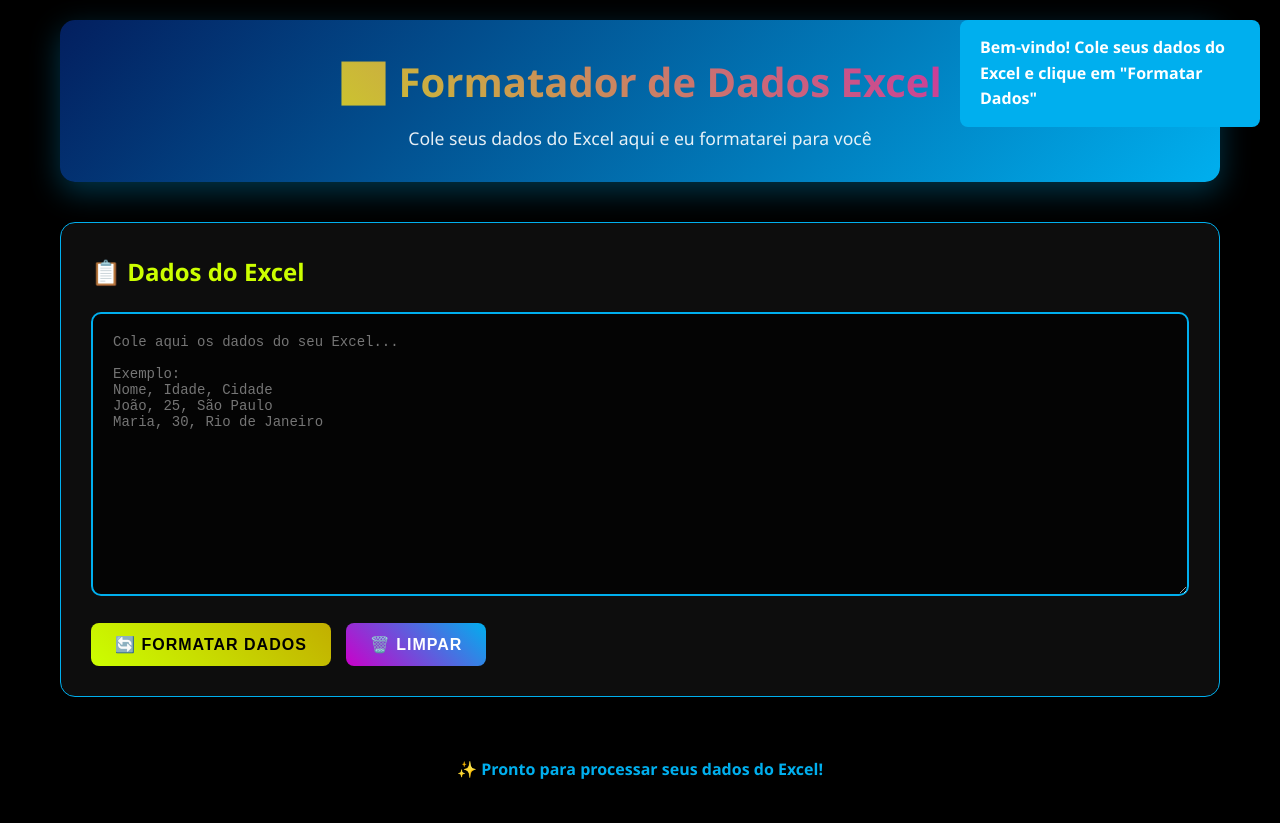
Repository: MichelAlmeida1990/Filtragem-de-Leads
Page: public/index.html
An editor plug-in stored every save of this project. The page is shown before and after the next save, followed by the edit.
The browser window is 1280 px wide. The pictures show the whole page.

Above is the page before, as saved 2025-08-25 22:04:35.

### public/index.html
<!DOCTYPE html>
<html lang="pt-BR">
<head>
    <meta charset="UTF-8">
    <meta name="viewport" content="width=device-width, initial-scale=1.0">
    <title>Formatador de Dados Excel</title>
    <link rel="stylesheet" href="styles.css">
</head>
<body>
    <div class="container">
        <header>
            <h1>📊 Formatador de Dados Excel</h1>
            <p>Cole seus dados do Excel aqui e eu formatarei para você</p>
        </header>

        <main>
            <div class="input-section">
                <h2>📋 Dados do Excel</h2>
                <textarea
                    id="excelData"
                    placeholder="Cole aqui os dados do seu Excel...&#10;&#10;Exemplo:&#10;Nome, Idade, Cidade&#10;João, 25, São Paulo&#10;Maria, 30, Rio de Janeiro"
                    rows="15"
                ></textarea>

                <div class="button-group">
                    <button id="formatBtn" class="btn-primary">
                        🔄 Formatar Dados
                    </button>
                    <button id="clearBtn" class="btn-secondary">
                        🗑️ Limpar
                    </button>
                </div>
            </div>

            <div class="output-section" id="outputSection" style="display: none;">
                <h2>✅ Dados Formatados</h2>
                <div class="output-container">
                    <div class="output-tabs">
                        <button class="tab-btn active" data-tab="formatted">Formatado</button>
                        <button class="tab-btn" data-tab="original">Original</button>
                    </div>
                    <div class="tab-content">
                        <div id="formattedContent" class="tab-pane active"></div>
                        <div id="originalContent" class="tab-pane"></div>
                    </div>
                </div>
                <button id="downloadBtn" class="btn-success">
                    💾 Baixar Dados Formatados
                </button>
            </div>

            <div class="loading" id="loading" style="display: none;">
                <div class="spinner"></div>
                <p>Formatando seus dados...</p>
            </div>
        </main>

        <footer>
            <p>✨ Pronto para processar seus dados do Excel!</p>
        </footer>
    </div>

    <script src="script.js"></script>
</body>
</html>

### public/styles.css
/* Variáveis de cores */
:root {
    --azul: #031f5f;
    --azure-vivido: #00afee;
    --rosa-neon: #ca00ca;
    --marrom: #c2af00;
    --verde-amarelado: #ccff00;
    --preto: #000000;
    --branco: #ffffff;
    --cinza-claro: #f5f5f5;
    --cinza-escuro: #333333;
}

* {
    margin: 0;
    padding: 0;
    box-sizing: border-box;
}

body {
    font-family: 'Segoe UI', Tahoma, Geneva, Verdana, sans-serif;
    background: var(--preto);
    color: var(--branco);
    line-height: 1.6;
}

.container {
    max-width: 1200px;
    margin: 0 auto;
    padding: 20px;
    min-height: 100vh;
    display: flex;
    flex-direction: column;
}

header {
    text-align: center;
    margin-bottom: 40px;
    padding: 30px 0;
    background: linear-gradient(135deg, var(--azul), var(--azure-vivido));
    border-radius: 15px;
    box-shadow: 0 10px 30px rgba(0, 175, 238, 0.3);
}

header h1 {
    font-size: 2.5rem;
    margin-bottom: 10px;
    background: linear-gradient(45deg, var(--verde-amarelado), var(--rosa-neon));
    -webkit-background-clip: text;
    -webkit-text-fill-color: transparent;
    background-clip: text;
}

header p {
    font-size: 1.1rem;
    color: var(--branco);
    opacity: 0.9;
}

main {
    flex: 1;
    display: flex;
    flex-direction: column;
    gap: 30px;
}

.input-section, .output-section {
    background: rgba(255, 255, 255, 0.05);
    border-radius: 15px;
    padding: 30px;
    border: 1px solid var(--azure-vivido);
    backdrop-filter: blur(10px);
}

.input-section h2, .output-section h2 {
    color: var(--verde-amarelado);
    margin-bottom: 20px;
    font-size: 1.5rem;
}

textarea {
    width: 100%;
    padding: 20px;
    border: 2px solid var(--azure-vivido);
    border-radius: 10px;
    background: rgba(0, 0, 0, 0.7);
    color: var(--branco);
    font-size: 14px;
    font-family: 'Courier New', monospace;
    resize: vertical;
    transition: all 0.3s ease;
}

textarea:focus {
    outline: none;
    border-color: var(--rosa-neon);
    box-shadow: 0 0 20px rgba(202, 0, 202, 0.3);
}

.button-group {
    display: flex;
    gap: 15px;
    margin-top: 20px;
    flex-wrap: wrap;
}

.btn-primary, .btn-secondary, .btn-success {
    padding: 12px 24px;
    border: none;
    border-radius: 8px;
    font-size: 16px;
    font-weight: 600;
    cursor: pointer;
    transition: all 0.3s ease;
    text-transform: uppercase;
    letter-spacing: 1px;
}

.btn-primary {
    background: linear-gradient(45deg, var(--verde-amarelado), var(--marrom));
    color: var(--preto);
}

.btn-primary:hover {
    transform: translateY(-2px);
    box-shadow: 0 5px 15px rgba(204, 255, 0, 0.4);
}

.btn-secondary {
    background: linear-gradient(45deg, var(--rosa-neon), var(--azure-vivido));
    color: var(--branco);
}

.btn-secondary:hover {
    transform: translateY(-2px);
    box-shadow: 0 5px 15px rgba(202, 0, 202, 0.4);
}

.btn-success {
    background: linear-gradient(45deg, var(--marrom), var(--verde-amarelado));
    color: var(--preto);
    margin-top: 20px;
}

.btn-success:hover {
    transform: translateY(-2px);
    box-shadow: 0 5px 15px rgba(194, 175, 0, 0.4);
}

.output-container {
    background: rgba(0, 0, 0, 0.3);
    border-radius: 10px;
    overflow: hidden;
    margin-bottom: 20px;
}

.output-tabs {
    display: flex;
    background: var(--azul);
}

.tab-btn {
    flex: 1;
    padding: 15px;
    background: none;
    border: none;
    color: var(--branco);
    cursor: pointer;
    transition: all 0.3s ease;
    font-weight: 600;
}

.tab-btn.active {
    background: var(--azure-vivido);
    color: var(--preto);
}

.tab-btn:hover:not(.active) {
    background: rgba(0, 175, 238, 0.3);
}

.tab-content {
    padding: 20px;
    min-height: 200px;
}

.tab-pane {
    display: none;
    font-family: 'Courier New', monospace;
    white-space: pre-wrap;
    color: var(--verde-amarelado);
    background: rgba(0, 0, 0, 0.5);
    padding: 15px;
    border-radius: 5px;
    max-height: 400px;
    overflow-y: auto;
}

.tab-pane.active {
    display: block;
}

.loading {
    text-align: center;
    padding: 40px;
}

.spinner {
    width: 50px;
    height: 50px;
    border: 4px solid var(--azure-vivido);
    border-top: 4px solid var(--rosa-neon);
    border-radius: 50%;
    animation: spin 1s linear infinite;
    margin: 0 auto 20px;
}

@keyframes spin {
    0% { transform: rotate(0deg); }
    100% { transform: rotate(360deg); }
}

footer {
    text-align: center;
    margin-top: 40px;
    padding: 20px;
    color: var(--azure-vivido);
    font-weight: 600;
}

/* Responsividade */
@media (max-width: 768px) {
    .container {
        padding: 10px;
    }

    header h1 {
        font-size: 2rem;
    }

    .button-group {
        flex-direction: column;
    }

    .btn-primary, .btn-secondary, .btn-success {
        width: 100%;
    }
}

/* Scrollbar personalizada */
::-webkit-scrollbar {
    width: 8px;
}

::-webkit-scrollbar-track {
    background: var(--preto);
}

::-webkit-scrollbar-thumb {
    background: var(--azure-vivido);
    border-radius: 4px;
}

::-webkit-scrollbar-thumb:hover {
    background: var(--rosa-neon);
}

### public/script.js
document.addEventListener('DOMContentLoaded', function() {
    const excelData = document.getElementById('excelData');
    const formatBtn = document.getElementById('formatBtn');
    const clearBtn = document.getElementById('clearBtn');
    const outputSection = document.getElementById('outputSection');
    const loading = document.getElementById('loading');
    const formattedContent = document.getElementById('formattedContent');
    const originalContent = document.getElementById('originalContent');
    const downloadBtn = document.getElementById('downloadBtn');
    const tabBtns = document.querySelectorAll('.tab-btn');
    const tabPanes = document.querySelectorAll('.tab-pane');

    let currentData = null;

    // Event listeners
    formatBtn.addEventListener('click', formatData);
    clearBtn.addEventListener('click', clearData);
    downloadBtn.addEventListener('click', downloadData);

    // Tab switching
    tabBtns.forEach(btn => {
        btn.addEventListener('click', () => {
            const tab = btn.dataset.tab;
            switchTab(tab);
        });
    });

    // Keyboard shortcuts
    document.addEventListener('keydown', function(e) {
        if (e.ctrlKey && e.key === 'Enter') {
            formatData();
        }
        if (e.ctrlKey && e.key === 'l') {
            clearData();
        }
    });

    async function formatData() {
        const data = excelData.value.trim();

        if (!data) {
            showNotification('Por favor, cole alguns dados do Excel primeiro!', 'error');
            return;
        }

        showLoading(true);

        try {
            const response = await fetch('/api/format-data', {
                method: 'POST',
                headers: {
                    'Content-Type': 'application/json',
                },
                body: JSON.stringify({ data })
            });

            const result = await response.json();

            if (response.ok) {
                currentData = result;
                displayResults(result);
                showNotification('Dados formatados com sucesso!', 'success');
            } else {
                throw new Error(result.error || 'Erro ao formatar dados');
            }
        } catch (error) {
            console.error('Erro:', error);
            showNotification('Erro ao processar dados: ' + error.message, 'error');
        } finally {
            showLoading(false);
        }
    }

    function displayResults(result) {
        // Exibir dados originais
        originalContent.textContent = result.original;

        // Exibir dados formatados (aqui você pode adicionar lógica específica)
        formattedContent.textContent = result.formatted;

        // Mostrar seção de resultados
        outputSection.style.display = 'block';

        // Scroll para os resultados
        outputSection.scrollIntoView({ behavior: 'smooth' });
    }

    function clearData() {
        excelData.value = '';
        outputSection.style.display = 'none';
        currentData = null;
        showNotification('Dados limpos!', 'info');
    }

    function downloadData() {
        if (!currentData) {
            showNotification('Nenhum dado para baixar!', 'error');
            return;
        }

        const activeTab = document.querySelector('.tab-btn.active').dataset.tab;
        const content = activeTab === 'formatted' ? currentData.formatted : currentData.original;

        const blob = new Blob([content], { type: 'text/plain;charset=utf-8' });
        const url = URL.createObjectURL(blob);
        const a = document.createElement('a');
        a.href = url;
        a.download = `dados_${activeTab}_${new Date().toISOString().slice(0, 10)}.txt`;
        document.body.appendChild(a);
        a.click();
        document.body.removeChild(a);
        URL.revokeObjectURL(url);

        showNotification('Arquivo baixado com sucesso!', 'success');
    }

    function switchTab(tabName) {
        // Remover classe active de todos os botões e painéis
        tabBtns.forEach(btn => btn.classList.remove('active'));
        tabPanes.forEach(pane => pane.classList.remove('active'));

        // Adicionar classe active ao botão e painel selecionado
        document.querySelector(`[data-tab="${tabName}"]`).classList.add('active');
        document.getElementById(`${tabName}Content`).classList.add('active');
    }

    function showLoading(show) {
        loading.style.display = show ? 'block' : 'none';
        formatBtn.disabled = show;
    }

    function showNotification(message, type = 'info') {
        // Remover notificação existente
        const existingNotification = document.querySelector('.notification');
        if (existingNotification) {
            existingNotification.remove();
        }

        // Criar nova notificação
        const notification = document.createElement('div');
        notification.className = `notification notification-${type}`;
        notification.textContent = message;

        // Estilos da notificação
        notification.style.cssText = `
            position: fixed;
            top: 20px;
            right: 20px;
            padding: 15px 20px;
            border-radius: 8px;
            color: white;
            font-weight: 600;
            z-index: 1000;
            animation: slideIn 0.3s ease;
            max-width: 300px;
        `;

        // Cores baseadas no tipo
        const colors = {
            success: '#ccff00',
            error: '#ca00ca',
            info: '#00afee',
            warning: '#c2af00'
        };

        notification.style.background = colors[type] || colors.info;
        notification.style.color = type === 'success' ? '#000000' : '#ffffff';

        document.body.appendChild(notification);

        // Remover após 5 segundos
        setTimeout(() => {
            if (notification.parentNode) {
                notification.style.animation = 'slideOut 0.3s ease';
                setTimeout(() => notification.remove(), 300);
            }
        }, 5000);
    }

    // Animações CSS para notificações
    const style = document.createElement('style');
    style.textContent = `
        @keyframes slideIn {
            from { transform: translateX(100%); opacity: 0; }
            to { transform: translateX(0); opacity: 1; }
        }
        @keyframes slideOut {
            from { transform: translateX(0); opacity: 1; }
            to { transform: translateX(100%); opacity: 0; }
        }
    `;
    document.head.appendChild(style);

    // Auto-resize do textarea
    excelData.addEventListener('input', function() {
        this.style.height = 'auto';
        this.style.height = Math.min(this.scrollHeight, 400) + 'px';
    });

    // Mostrar notificação de boas-vindas
    setTimeout(() => {
        showNotification('Bem-vindo! Cole seus dados do Excel e clique em "Formatar Dados"', 'info');
    }, 1000);
});

After the next save:
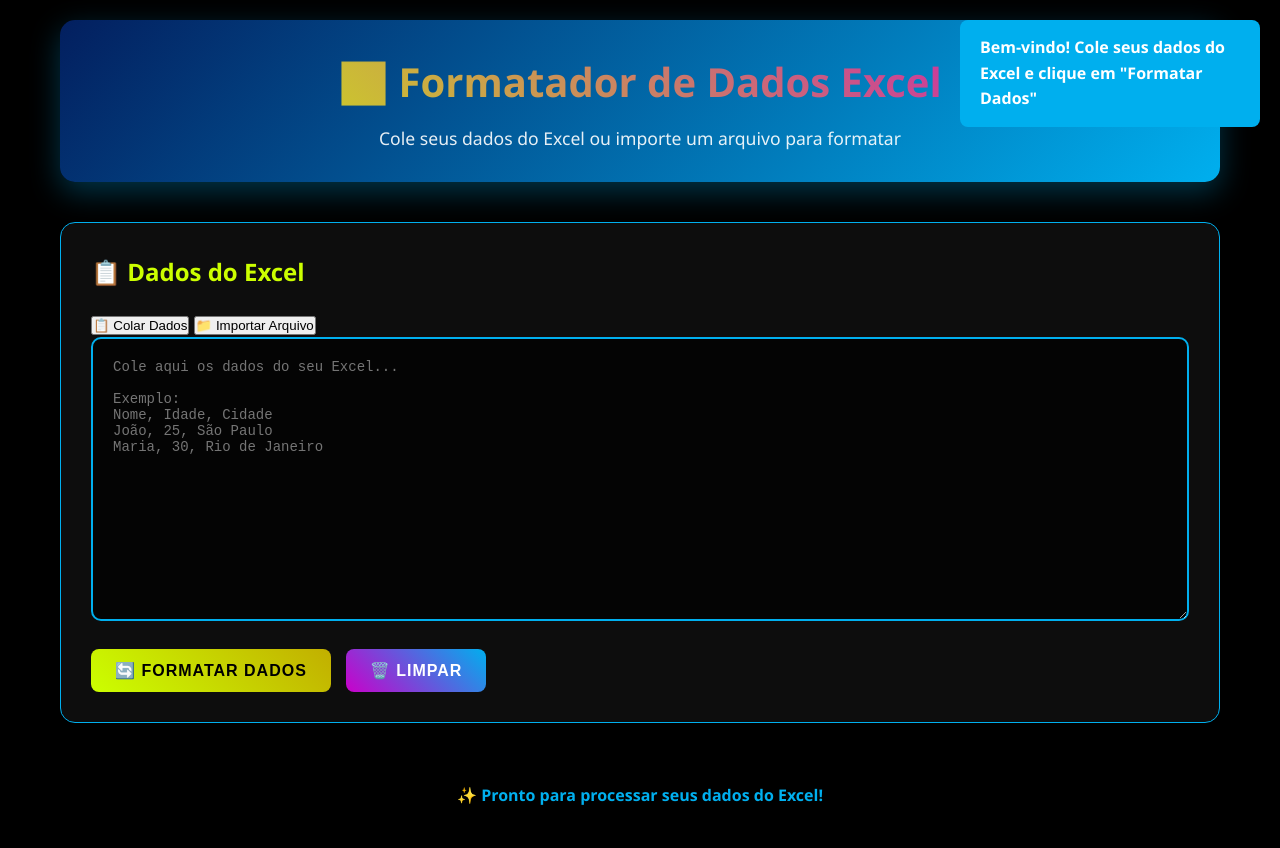
Saved 15 s later.
--- a/public/index.html
+++ b/public/index.html
@@ -10,17 +10,53 @@
     <div class="container">
         <header>
             <h1>📊 Formatador de Dados Excel</h1>
-            <p>Cole seus dados do Excel aqui e eu formatarei para você</p>
+            <p>Cole seus dados do Excel ou importe um arquivo para formatar</p>
         </header>
 
         <main>
             <div class="input-section">
                 <h2>📋 Dados do Excel</h2>
-                <textarea
-                    id="excelData"
-                    placeholder="Cole aqui os dados do seu Excel...&#10;&#10;Exemplo:&#10;Nome, Idade, Cidade&#10;João, 25, São Paulo&#10;Maria, 30, Rio de Janeiro"
-                    rows="15"
-                ></textarea>
+
+                <!-- Opções de entrada -->
+                <div class="input-options">
+                    <div class="option-tabs">
+                        <button class="option-tab active" data-option="paste">
+                            📋 Colar Dados
+                        </button>
+                        <button class="option-tab" data-option="upload">
+                            📁 Importar Arquivo
+                        </button>
+                    </div>
+                </div>
+
+                <!-- Área de colar dados -->
+                <div class="input-area" id="pasteArea">
+                    <textarea
+                        id="excelData"
+                        placeholder="Cole aqui os dados do seu Excel...&#10;&#10;Exemplo:&#10;Nome, Idade, Cidade&#10;João, 25, São Paulo&#10;Maria, 30, Rio de Janeiro"
+                        rows="15"
+                    ></textarea>
+                </div>
+
+                <!-- Área de upload de arquivo -->
+                <div class="input-area" id="uploadArea" style="display: none;">
+                    <div class="file-upload-container">
+                        <div class="file-upload-area" id="fileUploadArea">
+                            <div class="upload-icon">📁</div>
+                            <h3>Arraste seu arquivo Excel aqui</h3>
+                            <p>ou clique para selecionar</p>
+                            <p class="file-types">Formatos aceitos: .xlsx, .xls (máx. 10MB)</p>
+                            <input type="file" id="fileInput" accept=".xlsx,.xls" style="display: none;">
+                        </div>
+                        <div class="file-info" id="fileInfo" style="display: none;">
+                            <div class="file-details">
+                                <span class="file-name" id="fileName"></span>
+                                <span class="file-size" id="fileSize"></span>
+                            </div>
+                            <button class="btn-remove" id="removeFile">🗑️</button>
+                        </div>
+                    </div>
+                </div>
 
                 <div class="button-group">
                     <button id="formatBtn" class="btn-primary">
@@ -34,6 +70,20 @@
 
             <div class="output-section" id="outputSection" style="display: none;">
                 <h2>✅ Dados Formatados</h2>
+                <div class="file-info-display" id="fileInfoDisplay" style="display: none;">
+                    <div class="info-item">
+                        <span class="info-label">📄 Arquivo:</span>
+                        <span class="info-value" id="displayFileName"></span>
+                    </div>
+                    <div class="info-item">
+                        <span class="info-label">📊 Planilha:</span>
+                        <span class="info-value" id="displaySheetName"></span>
+                    </div>
+                    <div class="info-item">
+                        <span class="info-label">📈 Linhas:</span>
+                        <span class="info-value" id="displayRows"></span>
+                    </div>
+                </div>
                 <div class="output-container">
                     <div class="output-tabs">
                         <button class="tab-btn active" data-tab="formatted">Formatado</button>
